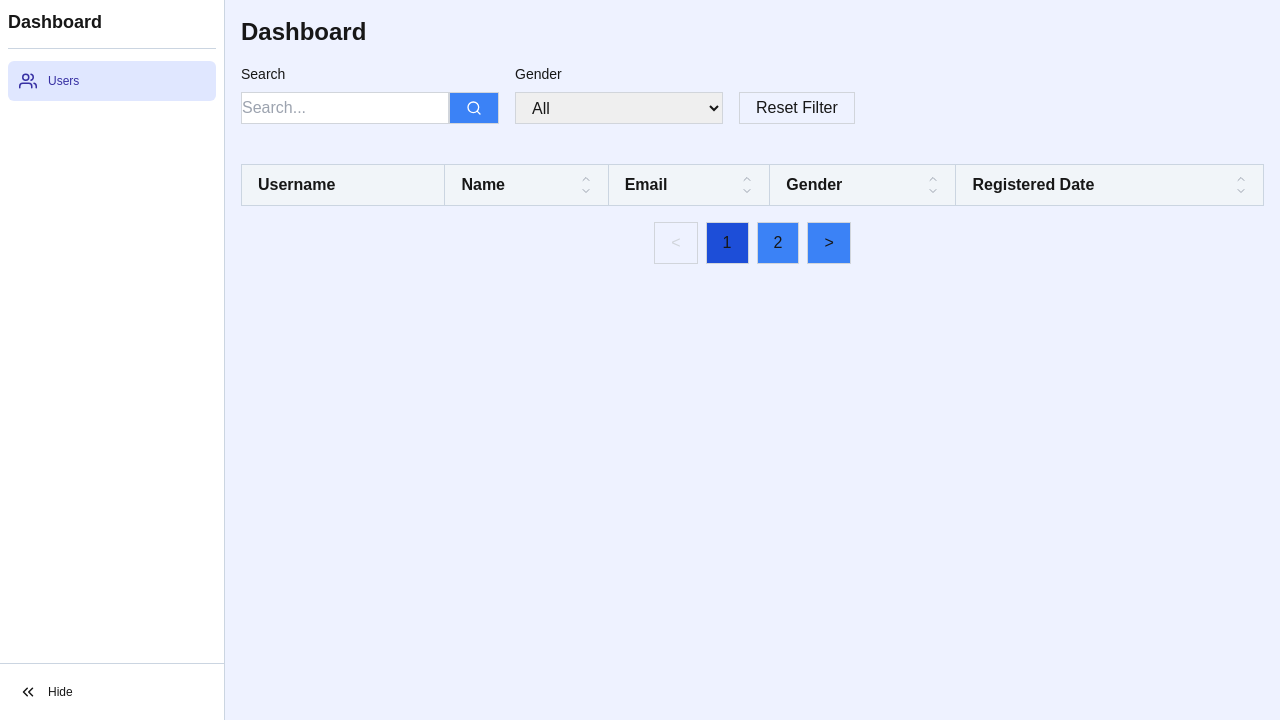
Repository: Ademaulana100499/userdashboard
Page: /
These files come from the project's save history. The page is drawn as it stood at one moment and after the next save; the edit follows.
The browser window is 1280 px wide. The pictures show the whole page.
The page's requests for data from a server got no answer. The project was rebuilt for these pictures with package versions that can differ from the ones it lists, and the page was loaded fresh each time. The framework's server and built-in components were replaced by stand-ins that run in the browser. No one was signed in, and anything a server would have sent is missing. Also part of the build but not shown: next.config.mjs.

Above is the page before, as saved 2025-02-14 22:24:57.

After the next save:
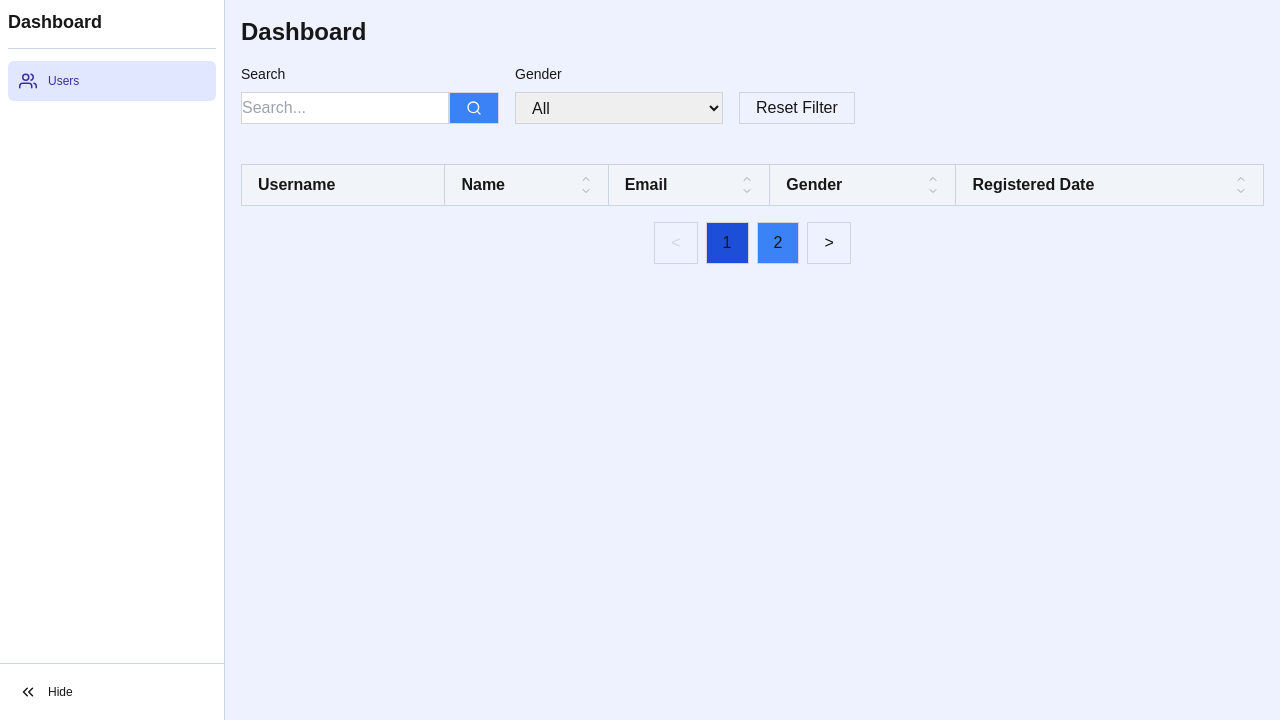
Saved 20 s later.
--- a/src/components/DashboardContent.jsx
+++ b/src/components/DashboardContent.jsx
@@ -303,7 +303,7 @@ const DashboardContent = () => {
         <button
           onClick={() => handlePageChange(currentPage + 1)}
           disabled={currentPage === totalPages}
-          className="px-4 py-2 bg-blue-500 border border-gray-300  hover:bg-blue-600 disabled:text-gray-300">
+          className="px-4 py-2 border border-gray-300  disabled:text-gray-300">
           &gt;
         </button>
       </div>
